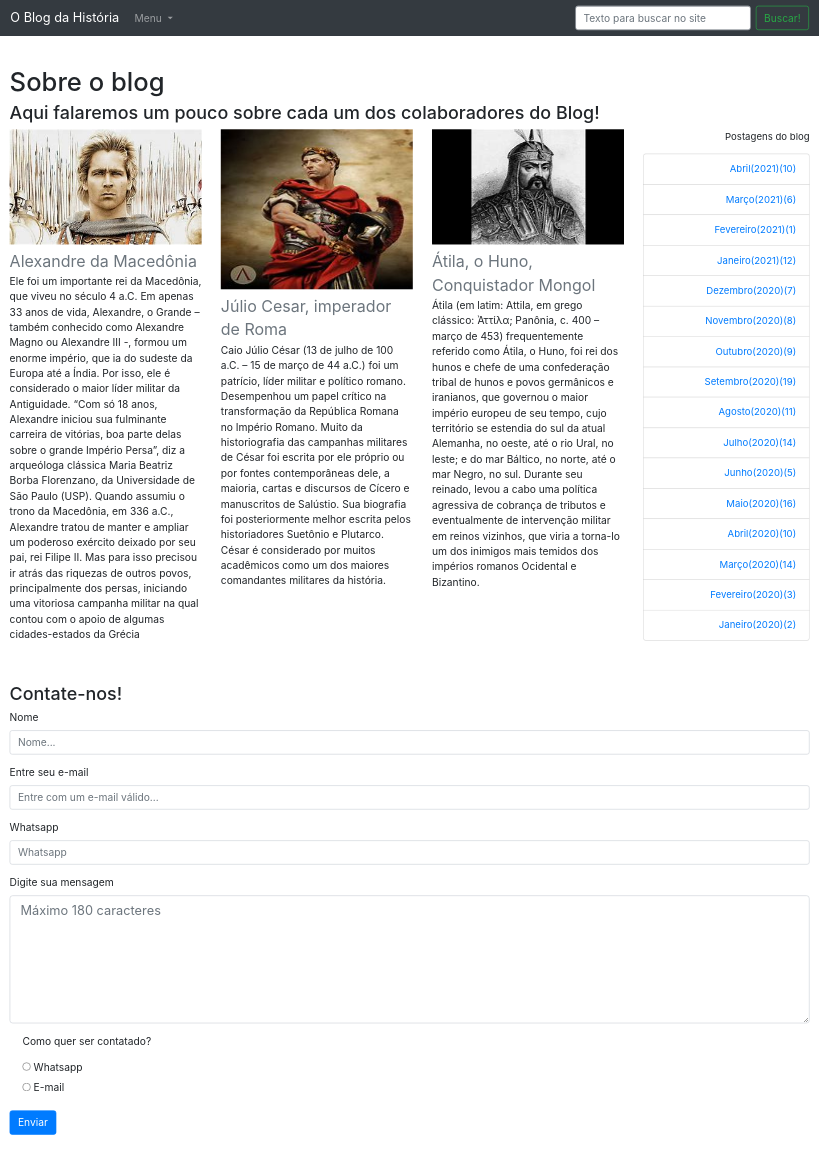
Repository: xhenrique/blog_layout_bootstrap
Page: source/sobre.html
These files come from the project's save history. The page is drawn as it stood at one moment and after the next save; the edit follows.
The browser window is 1280 px wide. The page is 1280 px wide, then 1295 px, so the pictures cover 1295 px, including what lies to the right of the window. The pictures show the whole page, at 64% of full size.

Above is the page before, as saved 2021-04-25 02:55:49.

### source/sobre.html
<!DOCTYPE html>
<html lang="pt-br">
  <head>
    <!-- Meta tags Obrigatórias -->
    <meta charset="utf-8">
    <meta name="viewport" content="width=device-width, initial-scale=1, shrink-to-fit=no">

    <!-- Bootstrap CSS -->
    <link rel="stylesheet" href="https://stackpath.bootstrapcdn.com/bootstrap/4.1.3/css/bootstrap.min.css" integrity="sha384-MCw98/SFnGE8fJT3GXwEOngsV7Zt27NXFoaoApmYm81iuXoPkFOJwJ8ERdknLPMO" crossorigin="anonymous">
    <title>O Blog da História</title>
  </head>
  <body>
    <nav class="navbar navbar-expand-md navbar-dark bg-dark sticky-top">
        <a class = "navbar-brand" href="index.html">O Blog da História</a>

        <!--Especificações do que é cada um dos atributos!!!!!
            "aria-controls": define a relação entre os elementos, um elemento é pai e o outro filho, deve ser definido no pai, relacionando o filho;
            "data-target" : Define o que será exibido quando clicar na opção do menu;
            "data-toggle" : o que vai acontecer quando eu clicar em cima do botão, collapse, por exemplo, faz o botão expandir e retrair as opções;
            "aria-expanded" : Flag para o navegador informando que o elemento não está expandido;
            "aria-label" : é usado para definir uma string na tag do elemento atual.
        -->
        <button class="navbar-toggler" type="button" data-toggle="collapse" data-target="#navbarCfg" aria-controls="navbarCfg">
            <span class="navbar-toggler-icon"></span>
        </button>
        <div class="collapse navbar-collapse" id="navbarCfg">
            <ul class="navbar-nav mr-auto">
                <a class="nav-link dropdown-toggle" href="#" id="navbarDropdown" role="button" data-toggle="dropdown" aria-haspopup="true" aria-expanded="false">
                Menu
                </a>
                <div class="dropdown-menu" aria-labelledby="navbarDropdown">
                <a class="dropdown-item" href="index.html">Início</a>
                <a class="dropdown-item" href="sobre.html">Sobre</a>
                <a class="dropdown-item" href="posts.html">Postagens</a>
                <div class="dropdown-divider"></div>
                <p style="text-align: left; padding-left: 10px;"> Criado por: <br/>José Xavier<br/>UFPA - 2021</p>
                </div>
            </ul>
            <form class="form-inline my-2 my-lg-0">
            <input class="form-control mr-sm-2" type="search" placeholder="Texto para buscar no site" aria-label="Search">
            <button class="btn btn-outline-success my-2 my-sm-0" type="submit">Buscar!</button>
            </form>
        </div>
    </nav>

    <div class="container-fluid" id="sobreContainer">
        <div id="sobre_o_blog" class="text-left">
            <br/>
            <br/>
            <h1>Sobre o blog</h1>
            <h3>Aqui falaremos um pouco sobre cada um dos colaboradores do Blog!</h3>
        </div>
        <div class="row d-flex">
            <div class="col">
                <img class="figure-img" src="../img/alexandre.jpg" alt="Xandão"  style="height: 180px; width: 300px">
                <figcaption class="figure-caption" style="font-size: 25px;">
                    Alexandre da Macedônia
                </figcaption>
                <p>Ele foi um importante rei da Macedônia, que viveu no século 4 a.C. Em apenas 33 anos de vida, Alexandre, o Grande – também conhecido como Alexandre Magno ou Alexandre III -, formou um enorme império, que ia do sudeste da Europa até a Índia. Por isso, ele é considerado o maior líder militar da Antiguidade. “Com só 18 anos, Alexandre iniciou sua fulminante carreira de vitórias, boa parte delas sobre o grande Império Persa”, diz a arqueóloga clássica Maria Beatriz Borba Florenzano, da Universidade de São Paulo (USP). Quando assumiu o trono da Macedônia, em 336 a.C., Alexandre tratou de manter e ampliar um poderoso exército deixado por seu pai, rei Filipe II. Mas para isso precisou ir atrás das riquezas de outros povos, principalmente dos persas, iniciando uma vitoriosa campanha militar na qual contou com o apoio de algumas cidades-estados da Grécia</p>
            </div>
            <div class="col">
                <img class="figure-img" src="../img/th.jfif" alt="imperador" style="height: 250px; width: 300px">
                <figcaption class="figure-caption" style="font-size: 25px;">
                    Júlio Cesar, imperador de Roma
                </figcaption>
                <p>Caio Júlio César (13 de julho de 100 a.C. – 15 de março de 44 a.C.) foi um patrício, líder militar e político romano. Desempenhou um papel crítico na transformação da República Romana no Império Romano. Muito da historiografia das campanhas militares de César foi escrita por ele próprio ou por fontes contemporâneas dele, a maioria, cartas e discursos de Cícero e manuscritos de Salústio. Sua biografia foi posteriormente melhor escrita pelos historiadores Suetônio e Plutarco. César é considerado por muitos acadêmicos como um dos maiores comandantes militares da história.</p>
            </div>
            <div class="col">
                <img class="figure-img" src="../img/atila.jpg" alt="o_huno" style="height: 180px; width: 300px">
                <figcaption class="figure-caption" style="font-size: 25px;">
                        Átila, o Huno, Conquistador Mongol
                </figcaption>
                <p>Átila (em latim: Attila, em grego clássico: Ἀττίλα; Panônia, c. 400 – março de 453) frequentemente referido como Átila, o Huno, foi rei dos hunos e chefe de uma confederação tribal de hunos e povos germânicos e iranianos, que governou o maior império europeu de seu tempo, cujo território se estendia do sul da atual Alemanha, no oeste, até o rio Ural, no leste; e do mar Báltico, no norte, até o mar Negro, no sul. Durante seu reinado, levou a cabo uma política agressiva de cobrança de tributos e eventualmente de intervenção militar em reinos vizinhos, que viria a torna-lo um dos inimigos mais temidos dos impérios romanos Ocidental e Bizantino.</p>
            </div>
            <div class="col">
                <div class="text-right" style="font-size: 15px;">
                    <p>Postagens do blog</p>
                    <ul class="list-group">
                        <!--Javascript provavelmente entraria aqui, iterando sobre uma lista/matriz e exibindo a quantida de postagens por mês/ano-->
                        <li class="list-group-item"><a href="">Abril(2021)(10)</a></li>
                        <li class="list-group-item"><a href="">Março(2021)(6)</a></li>
                        <li class="list-group-item"><a href="">Fevereiro(2021)(1)</a></li>
                        <li class="list-group-item"><a href="">Janeiro(2021)(12)</a></li>
                        <li class="list-group-item"><a href="">Dezembro(2020)(7)</a></li>
                        <li class="list-group-item"><a href="">Novembro(2020)(8)</a></li>
                        <li class="list-group-item"><a href="">Outubro(2020)(9)</a></li>
                        <li class="list-group-item"><a href="">Setembro(2020)(19)</a></li>
                        <li class="list-group-item"><a href="">Agosto(2020)(11)</a></li>
                        <li class="list-group-item"><a href="">Julho(2020)(14)</a></li>
                        <li class="list-group-item"><a href="">Junho(2020)(5)</a></li>
                        <li class="list-group-item"><a href="">Maio(2020)(16)</a></li>
                        <li class="list-group-item"><a href="">Abril(2020)(10)</a></li>
                        <li class="list-group-item"><a href="">Março(2020)(14)</a></li>
                        <li class="list-group-item"><a href="">Fevereiro(2020)(3)</a></li>
                        <li class="list-group-item"><a href="">Janeiro(2020)(2)</a></li>
                    </ul>
                </div>
            </div>
        </div>

        <form>
            <br/>
            <br/>

            <h3>
                Contate-nos!
            </h3>
            <div class="mb-3">
                <label for="nameInput" class="form-label">Nome</label>
                <input type="email" placeholder="Nome..." class="form-control" id="nameInput" aria-describedby="input_name" required>
            </div>
            <div class="mb-3">
                <label for="inputEmail" class="form-label">Entre seu e-mail</label>
                <input type="email" placeholder="Entre com um e-mail válido..." class="form-control" id="inputEmail" aria-describedby="emailHelp" required>
            </div>
              <div class="mb-3">
                <label for="wppInput" class="form-label">Whatsapp</label>
                <input type="text" placeholder="Whatsapp" class="form-control" id="wppInput">
              </div>
              <div class="mb-3">
                <label for="msgInput" class="form-label">Digite sua mensagem</label>
                <textarea type="text" placeholder="Máximo 180 caracteres" maxlength="180" class="form-control form-control-lg" id="msgInput" style="height: 200px;"></textarea>
              </div>
              <div class="mb-3 form-check">
                  <p>Como quer ser contatado?
                  </p>
                  <input type="radio" id="wpp" name="whatsapp" value="Whatsapp">
                  <label for="wpp">Whatsapp</label><br>
                  <input type="radio" id="e-mail" name="email" value="E-mail">
                  <label for="e-mail">E-mail</label><br>
              </div>
              <button class="btn btn-primary" type="submit" aria-label="btnSubmmit">Enviar</button>
              <br>
              <br>
              <br>
        </form>
    </div>


    <!-- JavaScript (Opcional) -->
    <!-- jQuery primeiro, depois Popper.js, depois Bootstrap JS -->
    <script src="https://code.jquery.com/jquery-3.3.1.slim.min.js" integrity="sha384-q8i/X+965DzO0rT7abK41JStQIAqVgRVzpbzo5smXKp4YfRvH+8abtTE1Pi6jizo" crossorigin="anonymous"></script>
    <script src="https://cdnjs.cloudflare.com/ajax/libs/popper.js/1.14.3/umd/popper.min.js" integrity="sha384-ZMP7rVo3mIykV+2+9J3UJ46jBk0WLaUAdn689aCwoqbBJiSnjAK/l8WvCWPIPm49" crossorigin="anonymous"></script>
    <script src="https://stackpath.bootstrapcdn.com/bootstrap/4.1.3/js/bootstrap.min.js" integrity="sha384-ChfqqxuZUCnJSK3+MXmPNIyE6ZbWh2IMqE241rYiqJxyMiZ6OW/JmZQ5stwEULTy" crossorigin="anonymous"></script>
  </body>
</html>

After the next save:
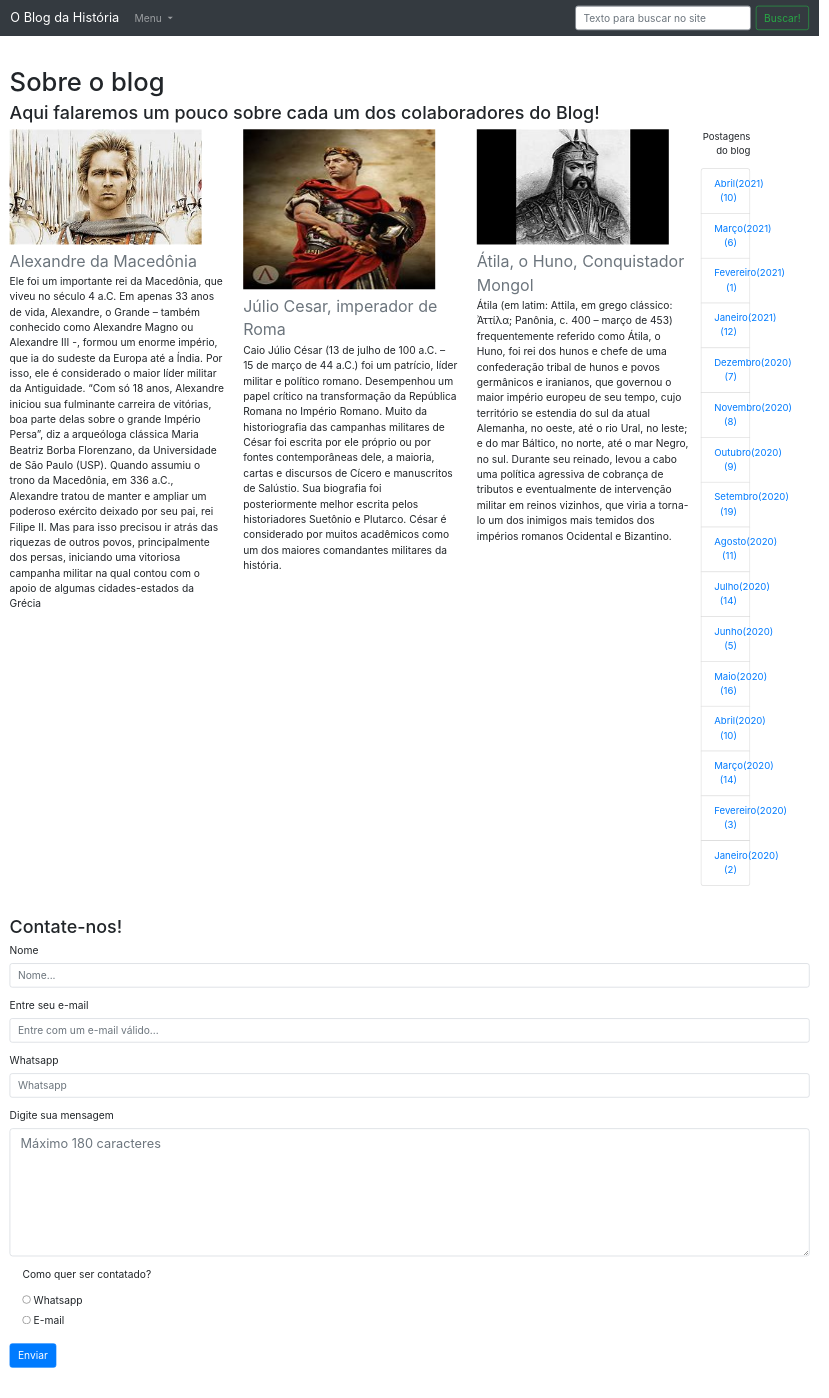
Saved 58 s later.
--- a/source/sobre.html
+++ b/source/sobre.html
@@ -72,28 +72,30 @@
                 </figcaption>
                 <p>Átila (em latim: Attila, em grego clássico: Ἀττίλα; Panônia, c. 400 – março de 453) frequentemente referido como Átila, o Huno, foi rei dos hunos e chefe de uma confederação tribal de hunos e povos germânicos e iranianos, que governou o maior império europeu de seu tempo, cujo território se estendia do sul da atual Alemanha, no oeste, até o rio Ural, no leste; e do mar Báltico, no norte, até o mar Negro, no sul. Durante seu reinado, levou a cabo uma política agressiva de cobrança de tributos e eventualmente de intervenção militar em reinos vizinhos, que viria a torna-lo um dos inimigos mais temidos dos impérios romanos Ocidental e Bizantino.</p>
             </div>
-            <div class="col">
-                <div class="text-right" style="font-size: 15px;">
-                    <p>Postagens do blog</p>
-                    <ul class="list-group">
-                        <!--Javascript provavelmente entraria aqui, iterando sobre uma lista/matriz e exibindo a quantida de postagens por mês/ano-->
-                        <li class="list-group-item"><a href="">Abril(2021)(10)</a></li>
-                        <li class="list-group-item"><a href="">Março(2021)(6)</a></li>
-                        <li class="list-group-item"><a href="">Fevereiro(2021)(1)</a></li>
-                        <li class="list-group-item"><a href="">Janeiro(2021)(12)</a></li>
-                        <li class="list-group-item"><a href="">Dezembro(2020)(7)</a></li>
-                        <li class="list-group-item"><a href="">Novembro(2020)(8)</a></li>
-                        <li class="list-group-item"><a href="">Outubro(2020)(9)</a></li>
-                        <li class="list-group-item"><a href="">Setembro(2020)(19)</a></li>
-                        <li class="list-group-item"><a href="">Agosto(2020)(11)</a></li>
-                        <li class="list-group-item"><a href="">Julho(2020)(14)</a></li>
-                        <li class="list-group-item"><a href="">Junho(2020)(5)</a></li>
-                        <li class="list-group-item"><a href="">Maio(2020)(16)</a></li>
-                        <li class="list-group-item"><a href="">Abril(2020)(10)</a></li>
-                        <li class="list-group-item"><a href="">Março(2020)(14)</a></li>
-                        <li class="list-group-item"><a href="">Fevereiro(2020)(3)</a></li>
-                        <li class="list-group-item"><a href="">Janeiro(2020)(2)</a></li>
-                    </ul>
+            <div class="row">
+                <div class="col-6">
+                    <div class="text-right" style="font-size: 15px;">
+                        <p>Postagens do blog</p>
+                        <ul class="list-group">
+                            <!--Javascript provavelmente entraria aqui, iterando sobre uma lista/matriz e exibindo a quantida de postagens por mês/ano-->
+                            <li class="list-group-item"><a href="">Abril(2021)(10)</a></li>
+                            <li class="list-group-item"><a href="">Março(2021)(6)</a></li>
+                            <li class="list-group-item"><a href="">Fevereiro(2021)(1)</a></li>
+                            <li class="list-group-item"><a href="">Janeiro(2021)(12)</a></li>
+                            <li class="list-group-item"><a href="">Dezembro(2020)(7)</a></li>
+                            <li class="list-group-item"><a href="">Novembro(2020)(8)</a></li>
+                            <li class="list-group-item"><a href="">Outubro(2020)(9)</a></li>
+                            <li class="list-group-item"><a href="">Setembro(2020)(19)</a></li>
+                            <li class="list-group-item"><a href="">Agosto(2020)(11)</a></li>
+                            <li class="list-group-item"><a href="">Julho(2020)(14)</a></li>
+                            <li class="list-group-item"><a href="">Junho(2020)(5)</a></li>
+                            <li class="list-group-item"><a href="">Maio(2020)(16)</a></li>
+                            <li class="list-group-item"><a href="">Abril(2020)(10)</a></li>
+                            <li class="list-group-item"><a href="">Março(2020)(14)</a></li>
+                            <li class="list-group-item"><a href="">Fevereiro(2020)(3)</a></li>
+                            <li class="list-group-item"><a href="">Janeiro(2020)(2)</a></li>
+                        </ul>
+                    </div>
                 </div>
             </div>
         </div>
